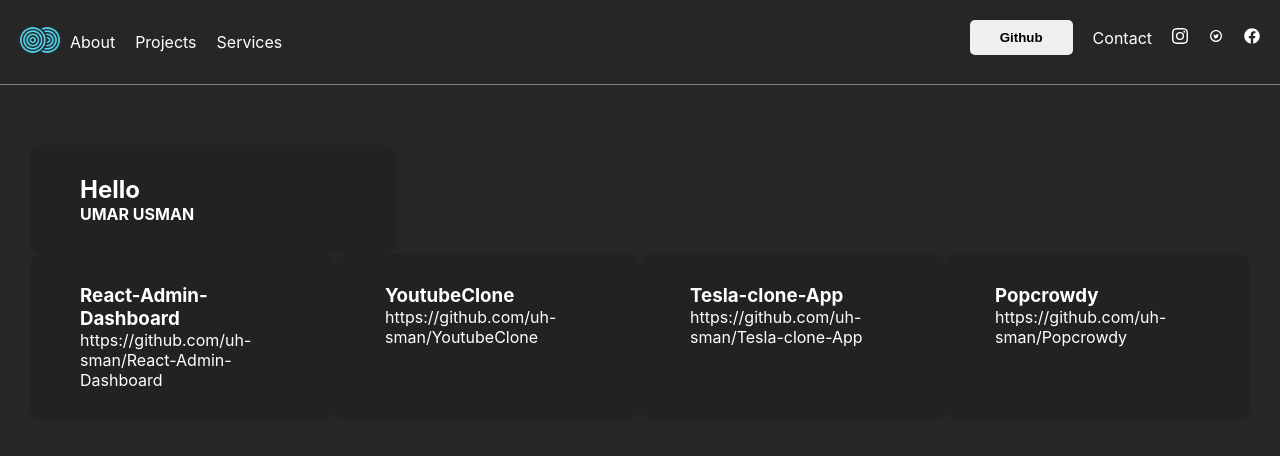
Repository: uh-sman/Portfolio
Page: /
An editor plug-in stored every save of this project. The page is shown before and after the next save, followed by the edit.
The browser window is 1280 px wide. The pictures show the whole page.
The project was rebuilt for these pictures with package versions that can differ from the ones it lists, and the page was loaded fresh each time. Also part of the build but not shown: src/components/Projects.jsx, src/components/Services.jsx.

Above is the page before, as saved 2022-11-18 21:20:33.

### src/index.js
import React from "react";
import ReactDOM from "react-dom/client";
import { BrowserRouter } from "react-router-dom";
import "./index.css";
import App from "./App";

const root = ReactDOM.createRoot(document.getElementById("root"));
root.render(
  <BrowserRouter>
    <React.StrictMode>
      <App />
    </React.StrictMode>
  </BrowserRouter>
);

### src/App.js
import "./App.css";
import { Index } from "./components/index";
import { Route, Routes } from "react-router-dom";
import About from "./components/About";
import "animate.css";
import Projects from "./components/Projects";
import Services from "./components/Services";
// import Services from "./components/Services";
function App() {
  return (
    <div className="App">
      <Index />
      <Routes>
        <Route path="/" element={<About />} />
        <Route path="/projects" element={<Projects />} />
        <Route path="/services" element={<Services />} />
      </Routes>
    </div>
  );
}

export default App;

### src/App.css
* {
  margin: 0px;
  padding: 0px;
  box-sizing: border-box;
  text-decoration: none;
  list-style: none;
}
body {
  /* background: rgb(2, 0, 36);
  background: linear-gradient(
    90deg,
    rgba(2, 0, 36, 1) 0%,
    rgba(4, 14, 33, 1) 90%,
    rgba(5, 52, 61, 1) 100%
  ); */
  background: #262626;
}

### src/components/index.js
import React from "react";
import { Navbar } from "./Navbar";
import { Route, Routes } from "react-router-dom";
export const Index = () => {
  return (
    <div>
      <Navbar />
    </div>
  );
};

### src/components/About.jsx
import React from "react";
import "./about.css";
import RepositoriesCard from "./RepositoriesCard";
const About = () => {
  return (
    <div>
      <div className="about-section">
        <div className="introduction">
          <h2>Hello</h2>
          <h4>UMAR USMAN</h4>
        </div>
        <div>
          <RepositoriesCard />
        </div>
      </div>
    </div>
  );
};

export default About;

### src/components/Navbar.jsx
import React, { useState } from "react";
import { Link } from "react-router-dom";
import logo from "../assets/ico.png";
import "./navbar.css";
import { Profile } from "./Profile";
export const Navbar = () => {
  const [active, isActive] = useState(false);
  // Get the container element
  // const activeLink = document.querySelector("nav-list");
  // const style = {
  //   backgroundColor: "red",
  //   width: "100%",
  //   height: "100%",
  // };
  // Get all buttons with class="btn" inside the container
  // const btnActive = activeLink.getElementsByClassName("btn");
  // Loop through the buttons and add the active class to the current/clicked button
  // for (var i = 0; i < btnActive.length; i++) {
  //   btnActive[i].addEventListener("click", function () {
  //     var currentMode = document.getElementsByClassName("active");
  //     currentMode[0].className = currentMode[0].className.replace("active", "");
  //     this.className += "active";
  //   });
  // }
  // activeLink.addEventListener()
  return (
    <div>
      <nav className="navbar-container">
        <div className="navbar">
          <div className="navbar-nav">
            <div>
              <a>
                <img src={logo} className="logo" />
              </a>
            </div>
            <ul className="nav-list">
              <Link to="/">
                <a href="">About</a>
              </Link>
              <Link to="/projects">
                <a href="">Projects</a>
              </Link>
              <Link to="/services" className="btn">
                <a href="">Services</a>
              </Link>
            </ul>
          </div>
          <div>
            <Profile />
          </div>
        </div>
      </nav>
    </div>
  );
};

### src/components/about.css
.about-section {
  color: white;
  margin: 60px 30px;
}
.introduction {
  border-radius: 12px;
  display: flex;
  flex-direction: column;
  width: 30%;
  background: #222222;
  padding: 30px 50px;
}

### src/components/RepositoriesCard.jsx
import React from "react";
import "./repositories.css";
import { repositories } from "./repositories";
const RepositoriesCard = () => {
  return (
    <div>
      <div className="card-container">
        {repositories.map(({ id, title, link }) => {
          return (
            <div className="card-content" key={id}>
              <h3>{title}</h3>
              <a>{link}</a>
            </div>
          );
        })}
      </div>
    </div>
  );
};

export default RepositoriesCard;

### src/components/navbar.css
.nav-list {
  display: flex;
  align-items: center;
  gap: 20px;
}
.nav-list a {
  color: white;
}
.navbar {
  margin: 20px 20px;
  display: flex;
  justify-content: space-between;
}
.navbar-nav {
  display: flex;
  gap: 10px;
}
.logo {
  width: 40px;
  height: 40px;
  color: white;
}
.navbar-container {
  border-bottom: 0.5px solid gray;
}
/* .btn {
  border: transparent;
  outline: none;
  background: rgba(2, 0, 36, 1) 0%;
} */
/* .active, */
/* .btnSelect:hover {
  border: none;
  border-bottom: 1px solid lightblue;
  cursor: pointer;
} */

@media only screen and (min-width: 200px) and (max-width: 950px) {
  .nav-list {
    display: none;
  }
}

### src/components/Profile.js
import React, { useState } from "react";
import { SiFacebook } from "react-icons/si";
import { FaWhatsapp, FaFacebook, FaRegWindowClose } from "react-icons/fa";
import { TiSocialTwitterCircular } from "react-icons/ti";
import { Link } from "react-router-dom";
import { BsInstagram } from "react-icons/bs";
import burger from "../assets/burger-menu.png";
import close from "../assets/icons8.png";

import "animate.css";
import "./profile.css";
export const Profile = () => {
  const [isActive, setIsActive] = useState(false);

  return (
    <div>
      <div>
        <section className="profile-section ">
          <button className="button">
            <a>Github</a>
          </button>
          <a>Contact</a>
          <a>
            <BsInstagram />
          </a>
          <a>
            <TiSocialTwitterCircular />
          </a>
          <a>
            <FaFacebook />
          </a>
        </section>
        {isActive ? (
          <div className="sidebar-container">
            <div>
              <FaRegWindowClose
                className="close"
                onClick={() => setIsActive(!isActive)}
              />
              {/* <img src={close} /> */}
            </div>
            <section className="sidebar-section ">
              <ul className="links">
                <Link to="/">
                  <a href="">About</a>
                </Link>
                <Link to="/projects">
                  <a href="">Projects</a>
                </Link>
                <Link to="/services">
                  <a href="">Services</a>
                </Link>
                <button className="button">
                  <a className="link">Github</a>
                </button>
                <a>Contact</a>
              </ul>
              <ul className="link-icons">
                <a>
                  <BsInstagram className="instagram" />
                </a>
                <a>
                  <TiSocialTwitterCircular className="twitter" />
                </a>
                <a>
                  <FaFacebook className="facebook" />
                </a>
              </ul>
            </section>
          </div>
        ) : (
          <div>
            <img
              src={burger}
              className="burger-menu"
              onClick={() => setIsActive(!isActive)}
            />
          </div>
        )}
      </div>
    </div>
  );
};

### src/components/repositories.css
.card-content {
  border-radius: 12px;
  display: flex;
  flex-direction: column;
  width: 30%;
  background: #222222;
  padding: 30px 50px;
}
.card-container {
  display: flex;
}

### src/components/repositories.js
export const repositories = [
  {
    id: 1,
    link: "https://github.com/uh-sman/React-Admin-Dashboard",
    title: "React-Admin-Dashboard",
  },
  {
    id: 2,
    link: "https://github.com/uh-sman/YoutubeClone",
    title: "YoutubeClone",
  },
  {
    id: 3,
    link: "https://github.com/uh-sman/Tesla-clone-App",
    title: "Tesla-clone-App",
  },
  {
    id: 4,
    link: "https://github.com/uh-sman/Popcrowdy",
    title: "Popcrowdy",
  },
];

### src/components/profile.css
.profile-section {
  display: flex;
  gap: 20px;
  align-items: center;
  color: white;
}
.links {
  display: flex;
  flex-direction: column;
  /* display: flex; */
  align-items: center;
  gap: 20px;
}
.links a {
  color: white;
}
.sidebar-container {
  display: inline-block;
  /* margin: 0 0.5rem; */
  animation: slideInRight 2s;
  /* animation-duration: 2s; */

  height: 100%;
  width: 40%;
  top: 0px;
  right: 0px;
  background-color: #222222;
  position: absolute;
}
.burger-menu {
  width: 30px;
  height: 30px;
}
.close {
  color: white;
  width: 30px;
  height: 30px;
}
.button {
  padding: 10px 30px;
  box-shadow: gray;
  border: none;
  font-weight: 700;
  border-radius: 5px;
}
.button a {
  color: black;
}
.link-icons {
  margin-top: 20px;
  display: flex;
  align-items: center;
  gap: 10px;
}
.instagram {
  font-size: 20px;
}
.facebook {
  font-size: 20px;
}
.twitter {
  font-size: 30px;
}

@media only screen and (min-width: 200px) and (max-width: 950px) {
  .profile-section {
    display: none;
  }
}
@media only screen and (min-width: 950px) {
  .burger-menu {
    display: none;
  }
}
.sidebar-section {
  margin-top: 40%;
  justify-content: center;
  display: flex;
  flex-direction: column;
  align-items: center;
  color: white;
}
/* animate__slideInRight */

Loaded but not shown: public/index.html (common file); src/index.css (common file)

After the next save:
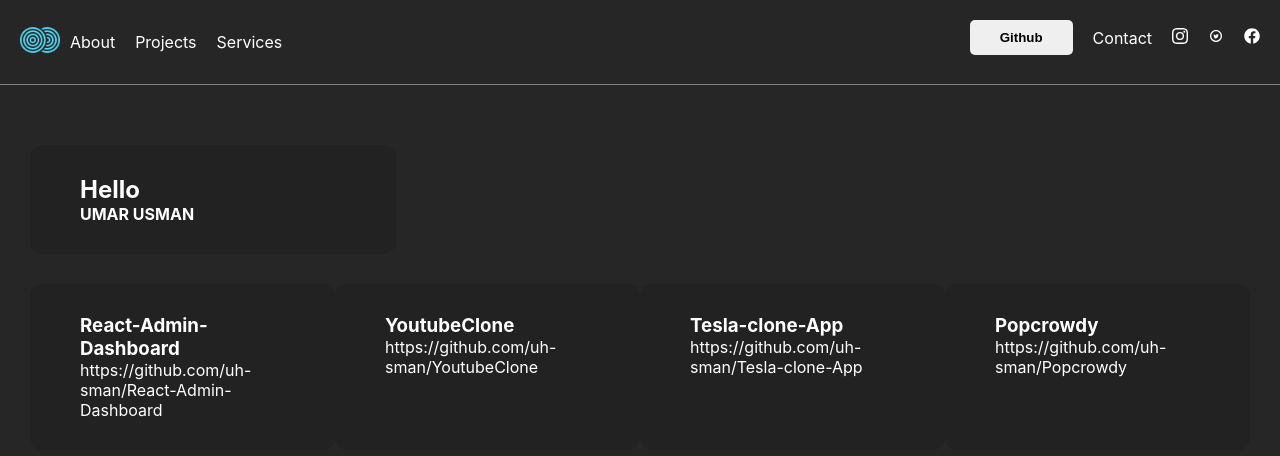
Saved 35 s later.
--- a/src/components/repositories.css
+++ b/src/components/repositories.css
@@ -8,4 +8,5 @@
 }
 .card-container {
   display: flex;
+  margin: 30px 0px;
 }
